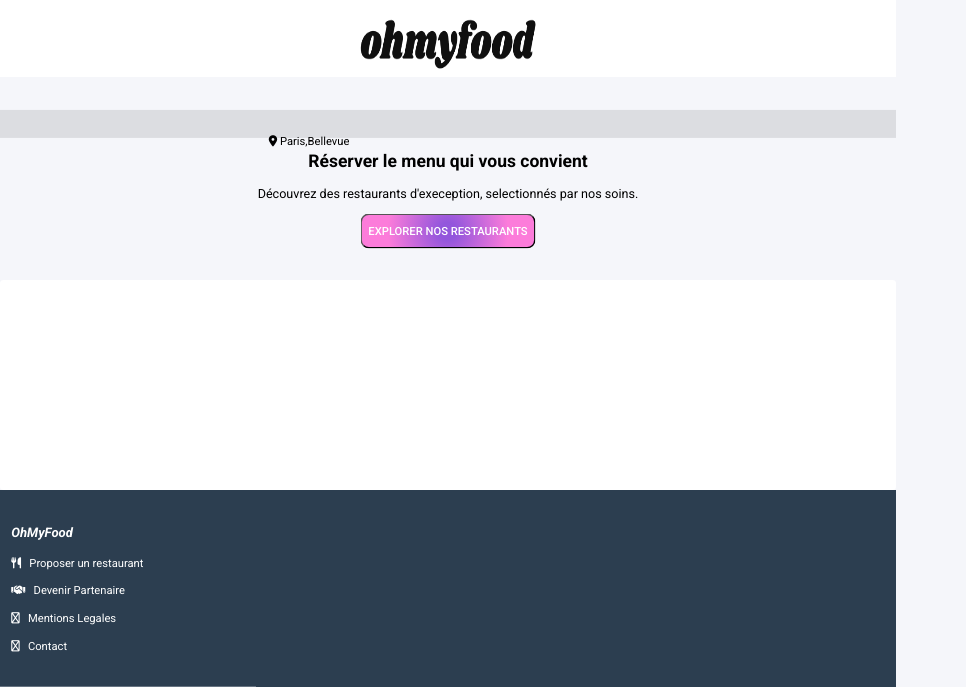
Repository: ultraasedev/ohmyfood
Page: index.html
An editor plug-in stored every save of this project. The page is shown before and after the next save, followed by the edit.
The browser window is 1280 px wide. The page is 1280 px wide, then 1380 px, so the pictures cover 1380 px, including what lies to the right of the window. The pictures show the part of the page from y = 0 to 1760 px (the page is 981 px tall before and 5956 px after), at 70% of full size.
Some web fonts or font styles are not loaded; a fallback is used. Some web libraries are served in a nearby version.

Above is the page before, as saved 2022-10-27 16:52:22.

After the next save:
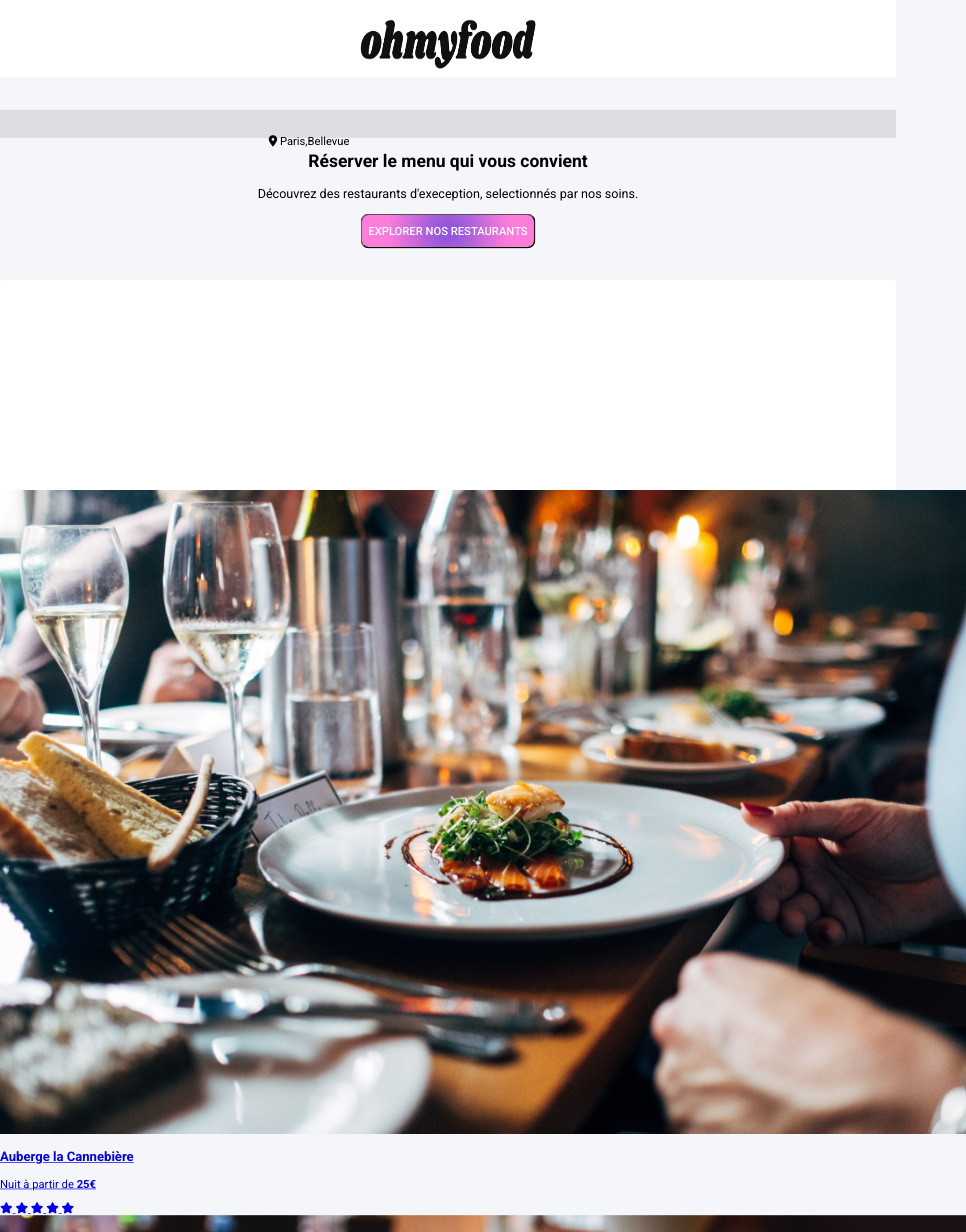
Saved 9 min 22 s later.
--- a/index.html
+++ b/index.html
@@ -64,7 +64,88 @@
 
 </section>
 <!--Fonctionnement-->
+
+<!--Restau 1-->
 <section class="cont-art">
+
+  <!-- Card 1 -->
+              <article class="resto-card">
+                <a href="#">
+                  <img
+                    src="./images/restaurants/jay-wennington-N_Y88TWmGwA-unsplash.jpg"
+                    alt="Photo de l'hébergement"
+                  />
+                  <h3>Auberge la Cannebière</h3>
+                  <p>Nuit à partir de <strong>25€</strong></p>
+                  <div class="stars">
+                    <i class="fa-solid fa-star"></i>
+                    <i class="fa-solid fa-star"></i>
+                    <i class="fa-solid fa-star"></i>
+                    <i class="fa-solid fa-star"></i>
+                    <i class="fa-solid fa-star grey-star"></i>
+                  </div>
+                </a>
+              </article>
+
+
+               <!-- Card 2 -->
+               <article class="resto-card">
+                <a href="#">
+                  <img
+                    src="./images/restaurants/louis-hansel-shotsoflouis-qNBGVyOCY8Q-unsplash.jpg"
+                    alt="Photo de l'hébergement"
+                  />
+                  <h3>Auberge la Cannebière</h3>
+                  <p>Nuit à partir de <strong>25€</strong></p>
+                  <div class="stars">
+                    <i class="fa-solid fa-star"></i>
+                    <i class="fa-solid fa-star"></i>
+                    <i class="fa-solid fa-star"></i>
+                    <i class="fa-solid fa-star"></i>
+                    <i class="fa-solid fa-star grey-star"></i>
+                  </div>
+                </a>
+              </article>
+
+               <!-- Card 3 -->
+               <article class="resto-card">
+                <a href="#">
+                  <img
+                    src="./images/restaurants/stil-u2Lp8tXIcjw-unsplash.jpg"
+                    alt="Photo de l'hébergement"
+                  />
+                  <h3>Auberge la Cannebière</h3>
+                  <p>Nuit à partir de <strong>25€</strong></p>
+                  <div class="stars">
+                    <i class="fa-solid fa-star"></i>
+                    <i class="fa-solid fa-star"></i>
+                    <i class="fa-solid fa-star"></i>
+                    <i class="fa-solid fa-star"></i>
+                    <i class="fa-solid fa-star grey-star"></i>
+                  </div>
+                </a>
+              </article>
+
+               <!-- Card 4 -->
+               <article class="resto-card">
+                <a href="#">
+                  <img
+                    src="./images/restaurants/toa-heftiba-DQKerTsQwi0-unsplash.jpg"
+                    alt="Photo de l'hébergement"
+                  />
+                  <h3>Auberge la Cannebière</h3>
+                  <p>Nuit à partir de <strong>25€</strong></p>
+                  <div class="stars">
+                    <i class="fa-solid fa-star"></i>
+                    <i class="fa-solid fa-star"></i>
+                    <i class="fa-solid fa-star"></i>
+                    <i class="fa-solid fa-star"></i>
+                    <i class="fa-solid fa-star grey-star"></i>
+                  </div>
+                </a>
+              </article>
+
+
 
 
 </section>
